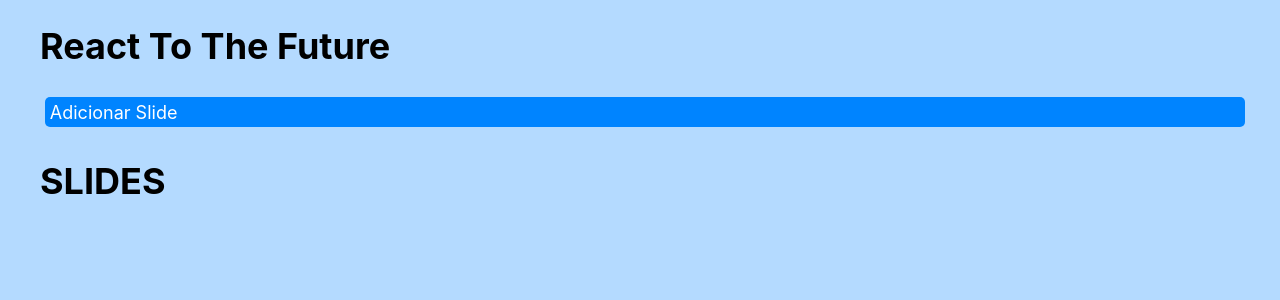
Repository: gotomarcelo/MERN
Page: / (app in cliente/)
The author's editor kept a copy of each file at every save. The page is drawn from the files as they stood at one save, then again after the next save.
The browser window is 1280 px wide. The pictures show the whole page.
The page's requests for data from a server got no answer. The project was rebuilt for these pictures with package versions that can differ from the ones it lists, and the page was loaded fresh each time. No one was signed in, and anything a server would have sent is missing.

Above is the page before, as saved 2022-01-03 15:02:51.

### cliente/src/App.js
import React, { useState, useEffect } from "react";
import Axios from "axios";
import "./App.css";
import Colapsavel from "./Colapsavel";

function App() {
  const [tituloSlide, setTitulo] = useState("");
  const [conteudoSlide, setConteudo] = useState("");

  const [newTituloSlide, setNewTituloSlide] = useState("");
  const [newConteudoSlide, setNewConteudoSlide] = useState("");

  const [slideList, setSlideList] = useState([]);

  useEffect(() => {
    Axios.get("http://localhost:3001/read").then((response) =>
      setSlideList(response.data)
    );
  }, []);

  const addToList = () => {
    Axios.post("http://localhost:3001/insert", {
      tituloSlide: tituloSlide,
      conteudoSlide: conteudoSlide,
    });
    window.location.reload();
  };

  const updateSlide = (id) => {
    Axios.put("http://localhost:3001/update", {
      id: id,
      newTituloSlide: newTituloSlide,
      newConteudoSlide: newConteudoSlide,
    });
    window.location.reload();
  };

  const deleteSlide = (id) => {
    Axios.delete(`http://localhost:3001/delete/${id}`);
    window.location.reload();
  };

  return (
    <>
      <body>
        <h1>React To The Future</h1>
        <Colapsavel label="Adicionar Slide">
          <form class="form">
            <h2>Adicionar Slide</h2>
            <p className="p" type="Título:">
              <input
                className="entrada"
                placeholder="Título do slide"
                type="text"
                onChange={(event) => {
                  setTitulo(event.target.value);
                }}
              />
            </p>

            <p className="p" type="Conteúdo:">
              <input
                className="entrada"
                placeholder="Conteúdo do slide"
                type="text"
                onChange={(event) => {
                  setConteudo(event.target.value);
                }}
              />
            </p>
            <button className="button" onClick={addToList}>Add To List</button>
          </form>
        </Colapsavel>
        <h1>SLIDES</h1>
        {slideList.map((val, key) => {
          return (
            <Colapsavel label={val.tituloSlide} key={key}>
              <h1>{val.tituloSlide}</h1>
              <p>{val.conteudoSlide}</p>
              <input
                type="text"
                placeholder="Novo nome do título"
                onChange={(event) => {
                  setNewTituloSlide(event.target.value);
                }}
              />
              <input
                type="text"
                placeholder="Atualizar conteudo"
                onChange={(event) => {
                  setNewConteudoSlide(event.target.value);
                }}
              />
              <button onClick={() => updateSlide(val._id)}>Atualizar</button>
              <button onClick={() => deleteSlide(val._id)}>Deletar</button>
            </Colapsavel>
          );
        })}
      </body>
    </>
  );
}

export default App;

### cliente/src/index.css
body {
    font-family: -apple-system, BlinkMacSystemFont, 'Segoe UI', Roboto, Oxygen,
     Ubuntu, Cantarell, 'Open Sans', 'Helvetica Neue', sans-serif;
}

### cliente/src/App.css
.App {
  text-align: center;
  display: flex;
  flex-direction: column;
  justify-content: center;
  align-items: center;
}

input,
button {
  width: 200px;
  height: 30px;
  font-size: 20px;
  margin: 5px;
}

body {
  max-width: 1200px;
  font-size: 18px;
  padding: 0;
  margin: 0 auto !important;
}

h2 {
  margin: 10px 0;
  padding-bottom: 10px;
  width: 300px;
  color: #0084ff;
  border-bottom: 3px solid #b4daff;
}

.entrada {
  width: 100%;
  padding: 10px;
  box-sizing: border-box;
  background: none;
  outline: none;
  resize: none;
  border: 0;
  font-family: "Montserrat", sans-serif;
  transition: all 0.3s;
  border-bottom: 2px solid #0084ff;
}

.entrada:focus {
  border-bottom: 2px solid #b4daff;
}

.form {
  width: 1200px;
  height: 320px;
  padding: 20px 30px;
  max-width: calc(100vw - 40px);
  box-sizing: border-box;
  font-family: "Montserrat", sans-serif;
  position: relative;
}

.p:before {
  content: attr(type);
  display: block;
  margin: 28px 0 0;
  font-size: 14px;
  color: #0084ff;
}
.button {
  float: right;
  padding: 0.1rem;
  border-radius: 5px;
  margin: 8px 0 0;
  font-family: "Montserrat", sans-serif;
  border: 2px solid #0084ff;
  background: 0;
  color: #5a5a6e;
  cursor: pointer;
  transition: all 0.3s;
}
.button:hover {
  background: #b4daff;
  color: rgb(0, 0, 0);
}

body{
  background-color: #b4daff;
}

### cliente/src/Colapsavel.js
import React, { useState, useRef } from "react";
import "./Colapsavel.css";

function Colapsavel(props) {
  const [isOpen, setIsOpen] = useState(false);

  const paiRef = useRef();

  return (
    <div className="colapsavel">
      <button className="toggle" onClick={() => setIsOpen(!isOpen)}>
        {props.label}
      </button>
      <div
      className="conteudo-pai"
      ref={paiRef}
      style={isOpen
        ?   {
            height: paiRef.current.scrollHeight + "px"
            }
        :   {
            height: "0px"
            }
      }
    >
        <div className="conteudo">{props.children}</div>
      </div>
    </div>
  );
}

export default Colapsavel;

### cliente/src/Colapsavel.css
.colapsavel .toggle {
  background: #0084ff;
  border: unset;
  cursor: pointer;
  font: unset;
  padding: 0.3rem;
  border-radius: 5px;
  color: #ffffff;
  margin-bottom: 0.5rem;
  width: 100%;
  text-align: left;
}

.colapsavel .conteudo {
    border: 1px solid #afafaf;
    padding: 0.5rem;
    border-radius: 5px;
    margin-bottom: 0.5rem;
}

.colapsavel .conteudo-pai {
    height: 0px;
    overflow: hidden;
    transition: height ease 0.3s;
}

Loaded but not shown: cliente/src/index.js (common file)

After the next save:
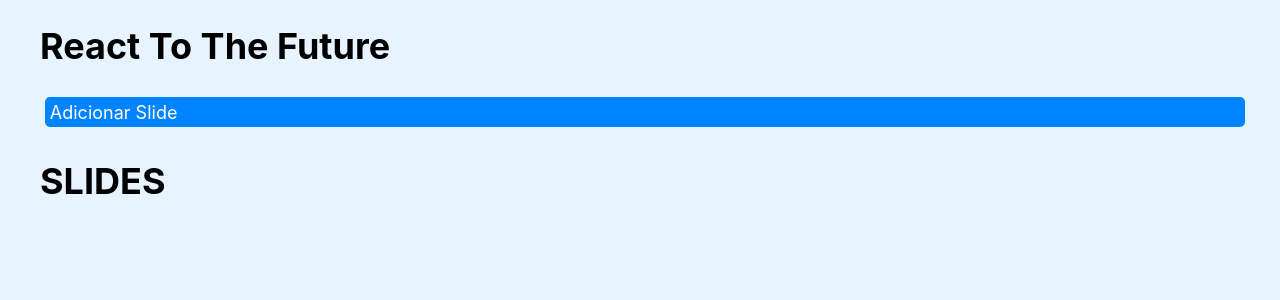
Saved 19 s later.
--- a/cliente/src/App.css
+++ b/cliente/src/App.css
@@ -81,5 +81,5 @@ h2 {
 }
 
 body{
-  background-color: #b4daff;
+  background-color: #e7f3ff;
 }
